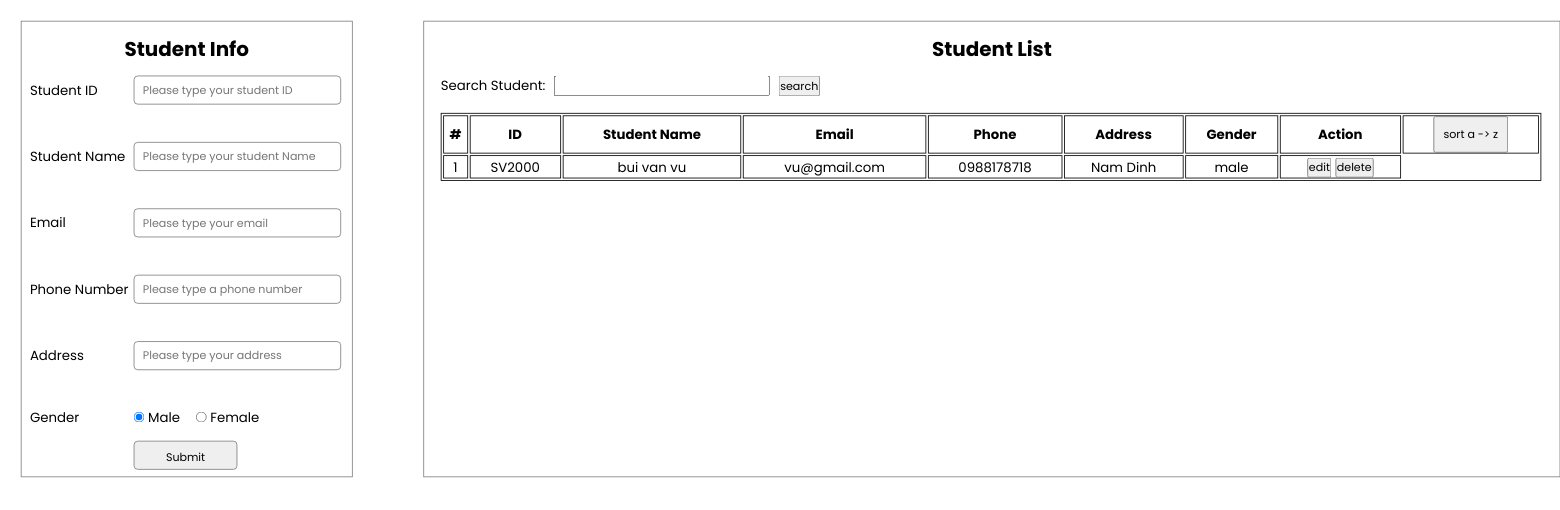
Repository: sSoRaK/ex-session15-dom-event
Page: ex-dom-event/student-management.html
An editor plug-in stored every save of this project. The page is shown before and after the next save, followed by the edit.
The browser window is 1280 px wide. The page is 1880 px wide, so the pictures cover 1880 px, including what lies to the right of the window. The pictures show the whole page, at 83% of full size.

Above is the page before, as saved 2023-06-24 20:31:32.

After the next save:
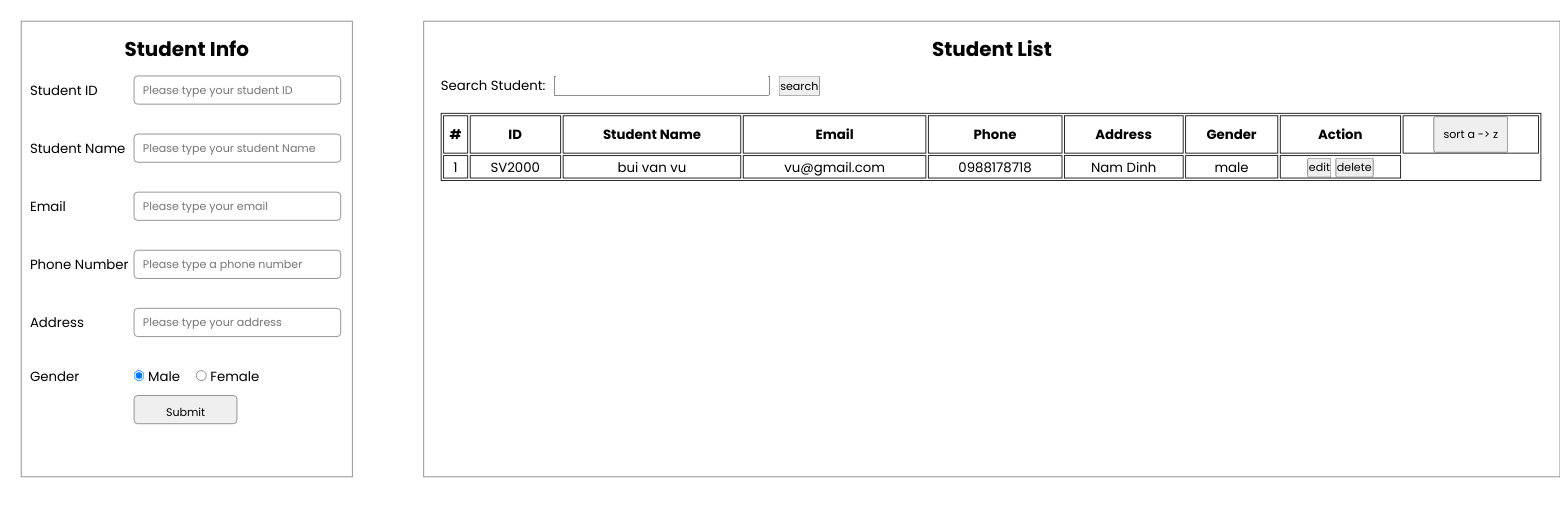
Saved 6 s later.
--- a/ex-dom-event/style/style.css
+++ b/ex-dom-event/style/style.css
@@ -26,7 +26,7 @@ body {
   display: grid;
   grid-template-columns: repeat(3, 125px);
   grid-template-rows: repeat(13, 35px);
-  row-gap: 5px;
+  /* row-gap: 5px; */
 }
 .error{
   font-size: 13px;
